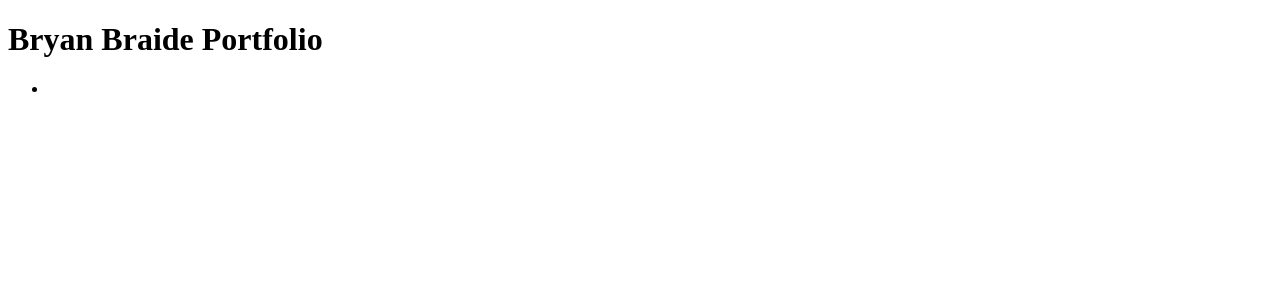
Repository: bryanbraide/Profile-card
Page: index.html
An editor plug-in stored every save of this project. The page is shown before and after a run of saves, followed by the edit.
The browser window is 1280 px wide. The pictures show the whole page.

Above is the page before, as saved 2025-06-07 07:39:30.

After the next 4 saves:
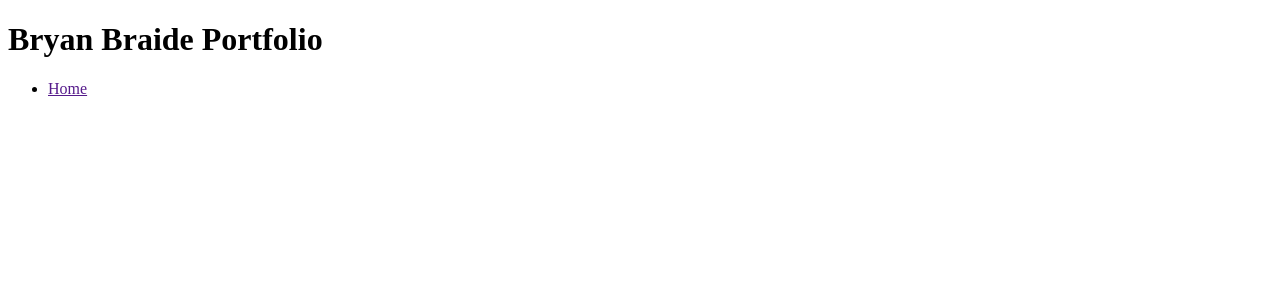
The 4 saves are shown as one change because they came seconds apart.
The last was saved 10 s later.
--- a/index.html
+++ b/index.html
@@ -11,7 +11,7 @@
   </h1>
   <nav>
     <ul>
-      <li><a href=""</li>
+      <li><a href="">Home</a></li>
     </ul>
   </nav>
 </body>
